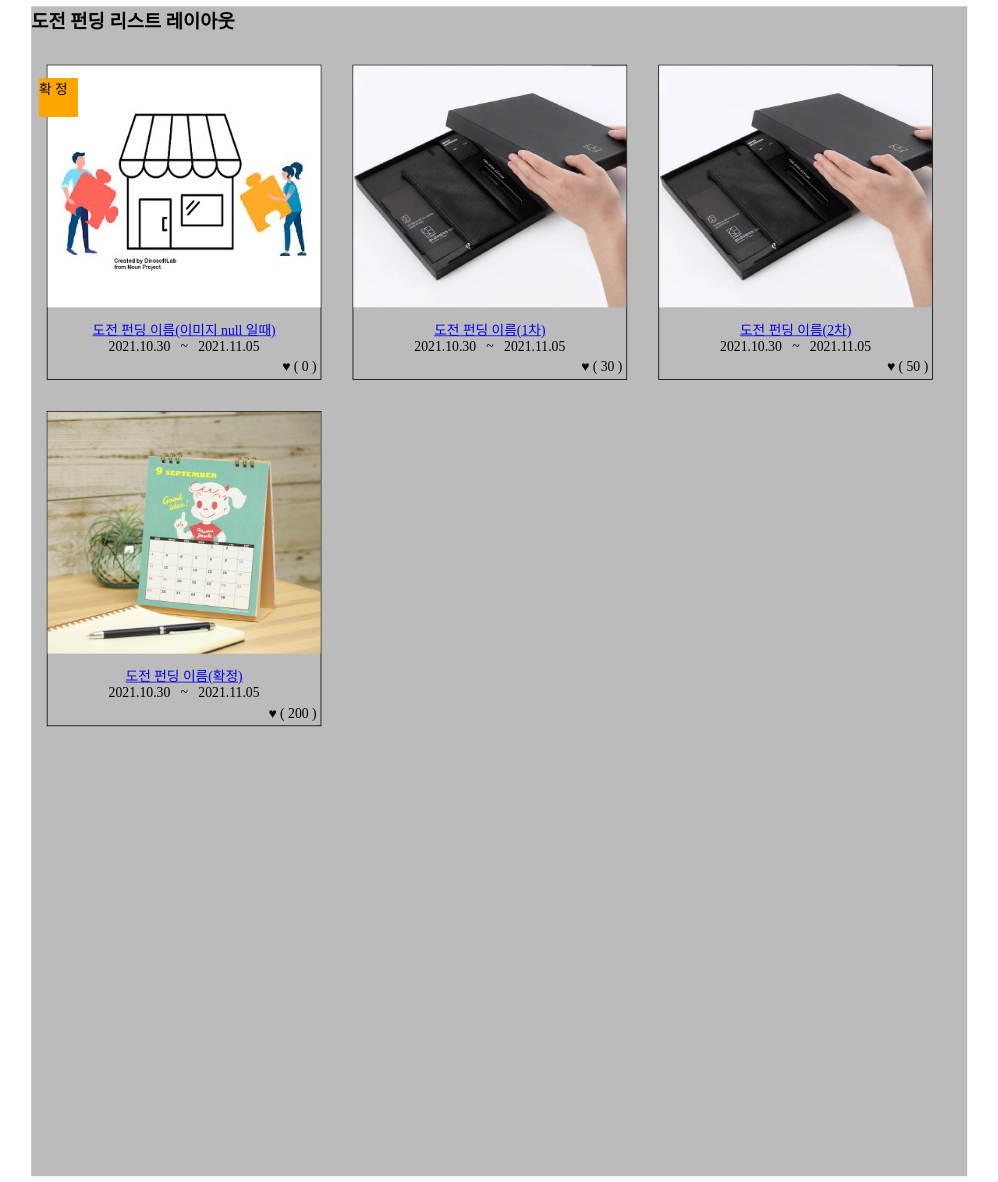
Repository: GroundPark/team6
Page: http://localhost/lefthand/page/product/chal_funding_list.jsp
These files come from the project's save history. The page is drawn as it stood at one moment and after the next save; the edit follows.
The browser window is 1280 px wide. The pictures show the whole page, at 78% of full size.
The page is served by Tomcat 9.

Above is the page before, as saved 2021-11-20 17:46:03.

After the next save:
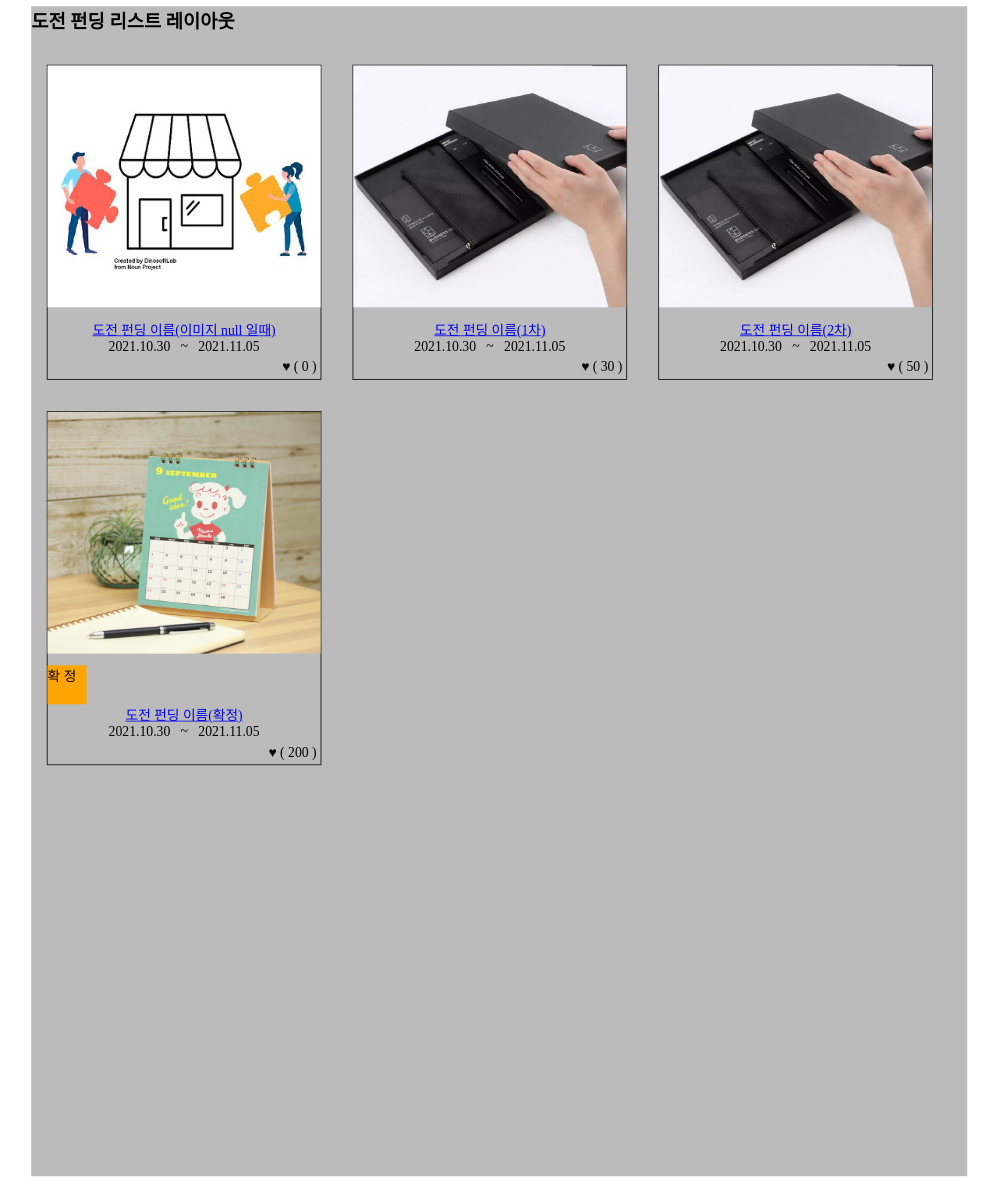
Saved 14 s later.
--- a/lefthand/WebContent/page/product/chal_funding_list.jsp
+++ b/lefthand/WebContent/page/product/chal_funding_list.jsp
@@ -16,7 +16,7 @@
 .chal_like { float:right; padding:5px; }
 
 .chal_ok {
-	position:absolute; left:50px; top:100px;
+
 	width:50px; height:50px; background-color:orange;
 	z-index: 1;
 }
